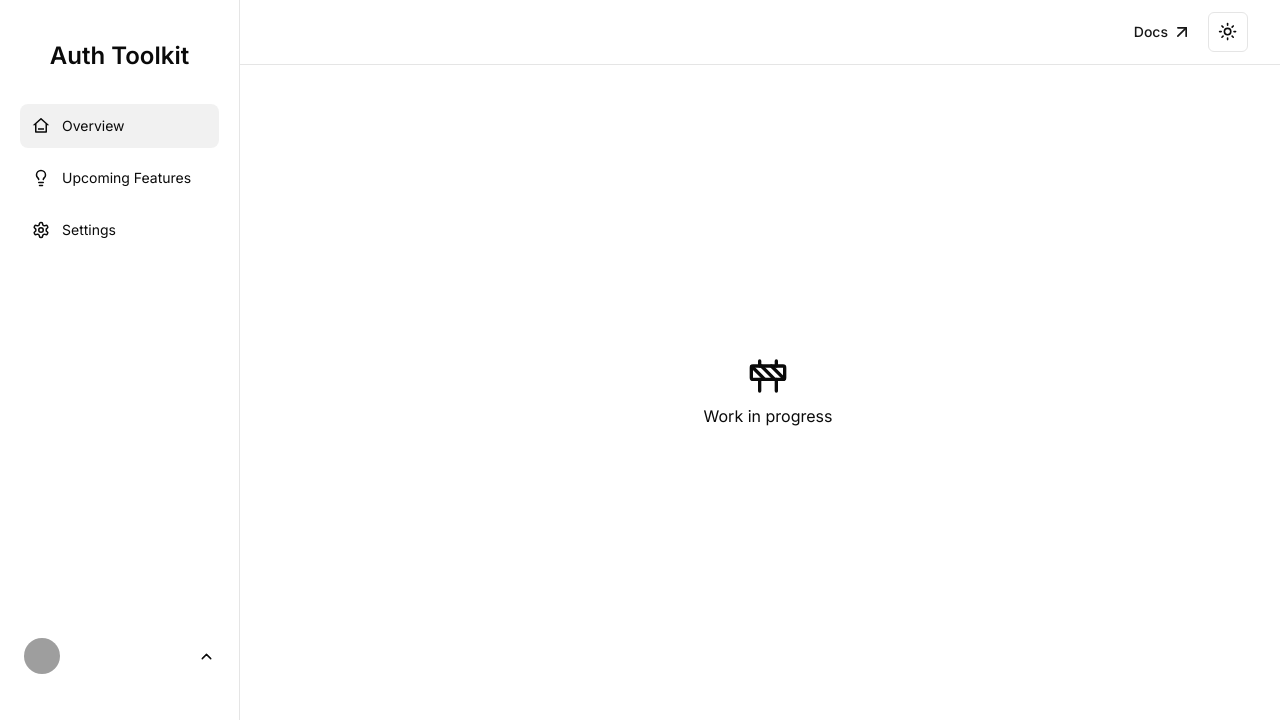
Repository: nickgoel31/authentication-toolkit
Page: /dashboard
An editor plug-in stored every save of this project. The page is shown before and after the next save, followed by the edit.
The browser window is 1280 px wide. The pictures show the whole page.
Pictures or frames that could not be fetched are drawn as grey boxes. The page's requests for data from a server got no answer. The project was rebuilt for these pictures with package versions that can differ from the ones it lists, and the page was loaded fresh each time. The framework's server and built-in components were replaced by stand-ins that run in the browser. No one was signed in, and anything a server would have sent is missing. Also part of the build but not shown: next.config.mjs.

Above is the page before, as saved 2024-02-05 20:41:59.

After the next save:
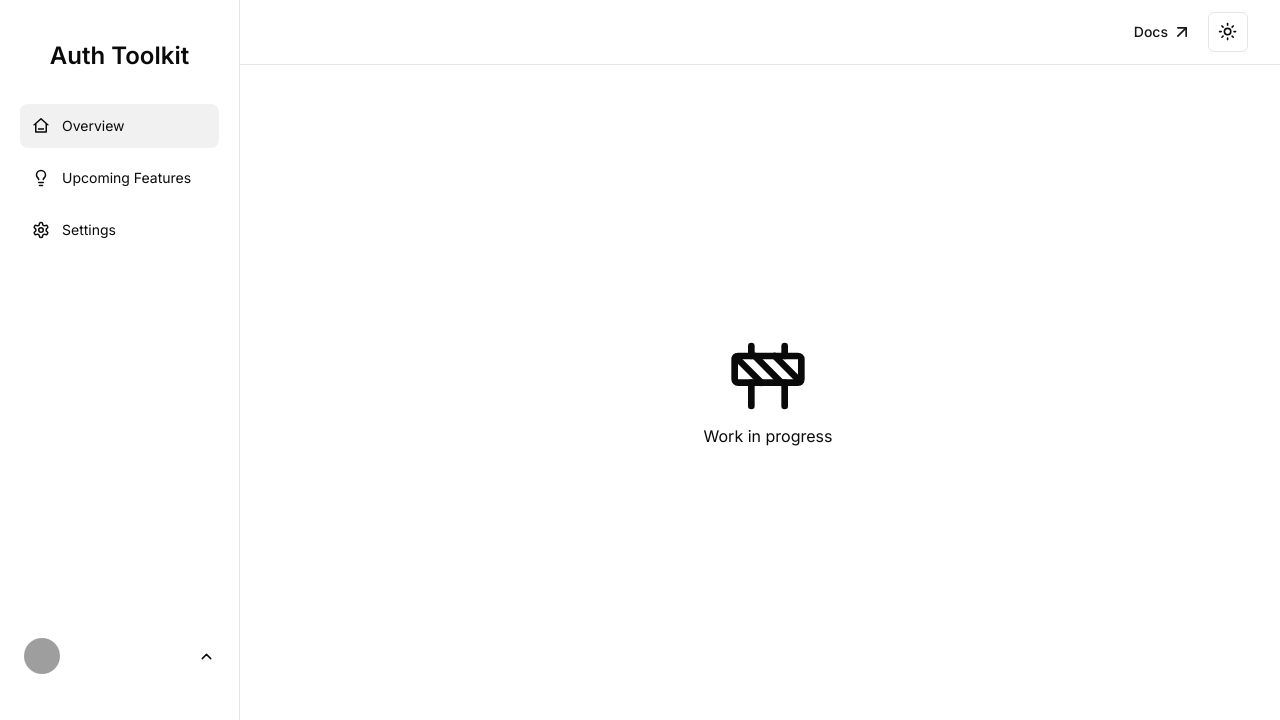
Saved 4 s later.
--- a/app/(protected)/dashboard/page.tsx
+++ b/app/(protected)/dashboard/page.tsx
@@ -7,7 +7,7 @@ const DashboardPage = async () => {
 
   return (
     <div className='h-full flex flex-col items-center justify-center w-full gap-2'>
-      <Construction size={40}/>
+      <Construction size={80}/>
       <h2>Work in progress</h2>
     </div>
   )
